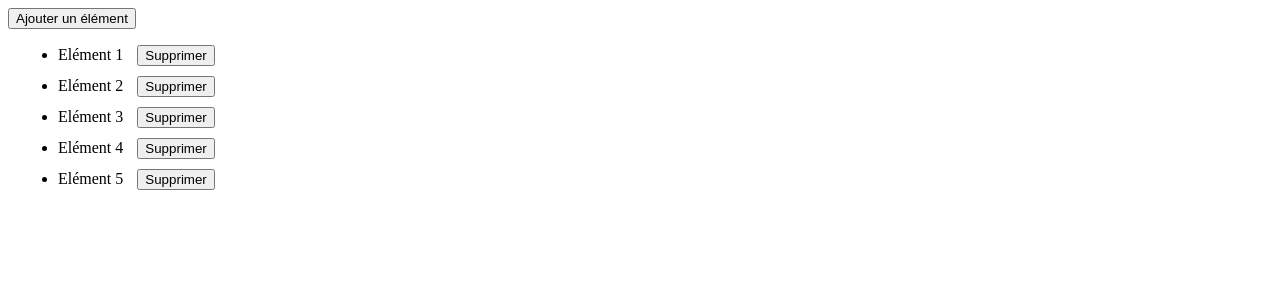
Repository: arione15/Livre_Serrion-Vue.js
Page: index.html
These files come from the project's save history. The page is drawn as it stood at one moment and after the next save; the edit follows.
The browser window is 1280 px wide. The pictures show the whole page.

Above is the page before, as saved 2021-09-08 12:46:27.

### index.html
<!DOCTYPE html>
<html lang="en">

<head>
    <meta charset="UTF-8">
    <meta http-equiv="X-UA-Compatible" content="IE=edge">
    <meta name="viewport" content="width=device-width, initial-scale=1.0">
    <title>Liste</title>
    <script src="https://cdn.jsdelivr.net/npm/vue/dist/vue.js"></script>
</head>

<body>

    <div id="root"></div>

</body>

<script>
    const vm = new Vue({
        el: "div#root",
        template: `
            <div>
                <button v-on:click="ajouter()">Ajouter un élément</button>
                <ul>
                    <li v-for="(element, index) of elements" style="margin:10px">
                        {{element.text}}
                    <button v-on:click="supprimer(index)" style="margin-left:10px">Supprimer</button>
                </li>
                </ul>
                <span v-if="elements.length === 0">La liste est vide !!</span>
            </div>
        `,
        data: {
            elements: [
                { text: "Elément 1", modifyOn: false },
                { text: "Elément 2", modifyOn: false },
                { text: "Elément 3", modifyOn: false },
                { text: "Elément 4", modifyOn: false },
                { text: "Elément 5", modifyOn: false },
            ]
        },
        methods: {
            supprimer(index){
                this.elements = this.elements.filter(function cb(elt,i){
                    if(index===i) return false;
                    else return true;
                })
            },
            ajouter(){
                const length = this.elements.length + 1;
                const element = { text: `Elément ` + length, modifyOn: false };
                this.elements.push(element);
            },
            modifier(index, event){
                this.elements[index].modifyOn = truse;
            }



        }
    })
</script>

</html>

After the next save:
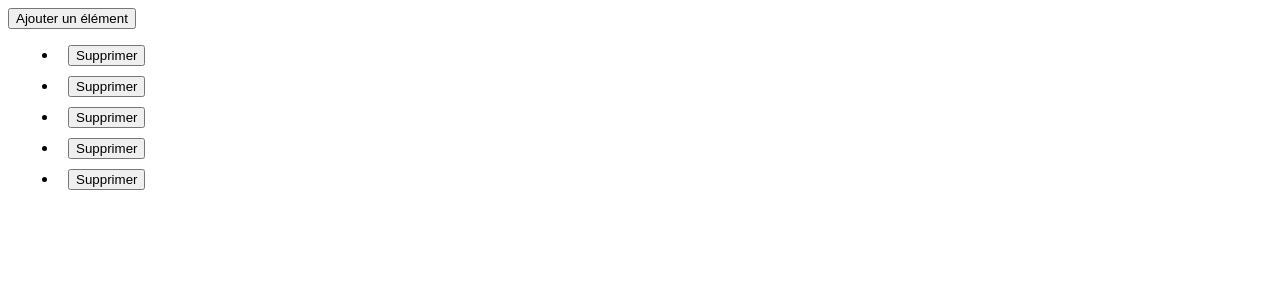
Saved 82 s later.
--- a/index.html
+++ b/index.html
@@ -23,7 +23,7 @@
                 <button v-on:click="ajouter()">Ajouter un élément</button>
                 <ul>
                     <li v-for="(element, index) of elements" style="margin:10px">
-                        {{element.text}}
+                        <span{{element.text}}
                     <button v-on:click="supprimer(index)" style="margin-left:10px">Supprimer</button>
                 </li>
                 </ul>

After the 3 saves that followed:
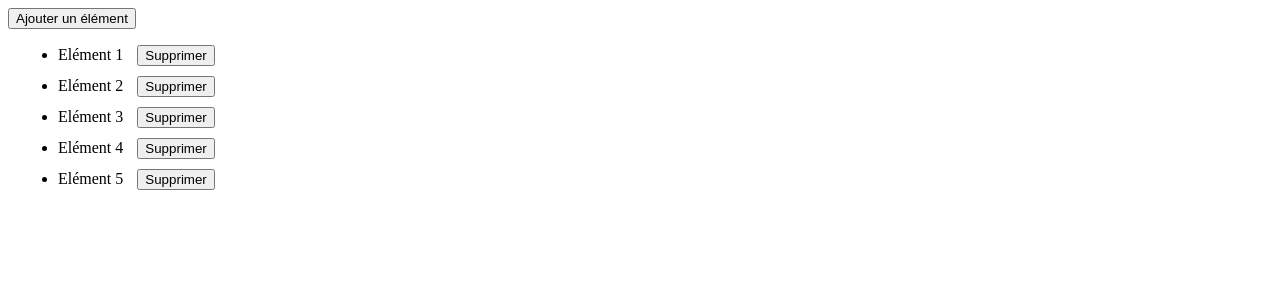
The 3 saves are shown as one change because they came seconds apart.
The last was saved 13 s later.
--- a/index.html
+++ b/index.html
@@ -23,7 +23,7 @@
                 <button v-on:click="ajouter()">Ajouter un élément</button>
                 <ul>
                     <li v-for="(element, index) of elements" style="margin:10px">
-                        <span{{element.text}}
+                        <span>{{element.text}}</span>
                     <button v-on:click="supprimer(index)" style="margin-left:10px">Supprimer</button>
                 </li>
                 </ul>
